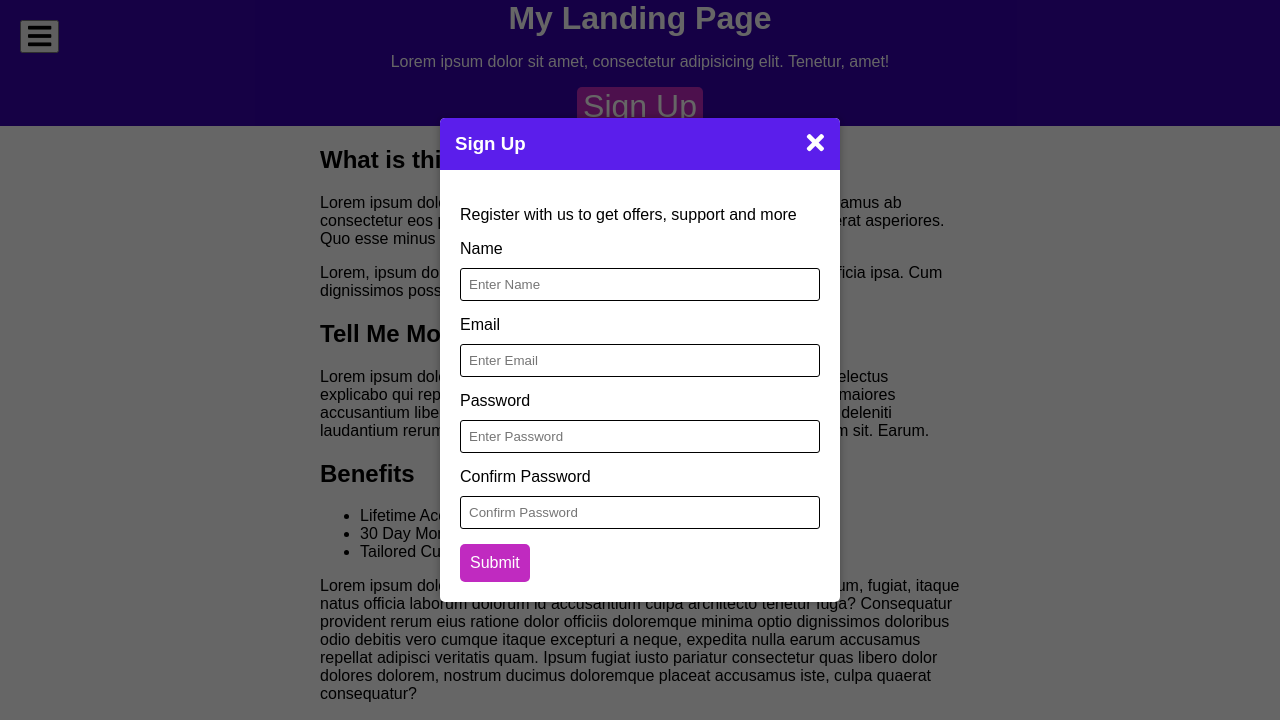
Repository: SometimesGood/modal-menu-slider
Page: index.html
These files come from the project's save history. The page is drawn as it stood at one moment and after the next save; the edit follows.
The browser window is 1280 px wide. The pictures show the whole page.
After loading, the first visible `#open` was clicked once.
Some web libraries are served in a nearby version. The style sheet was rebuilt from its Sass, Less or Tailwind sources for each picture, by a compiler version that may differ from the author's.

Above is the page before, as saved 2020-12-21 21:50:55.

After the next save:
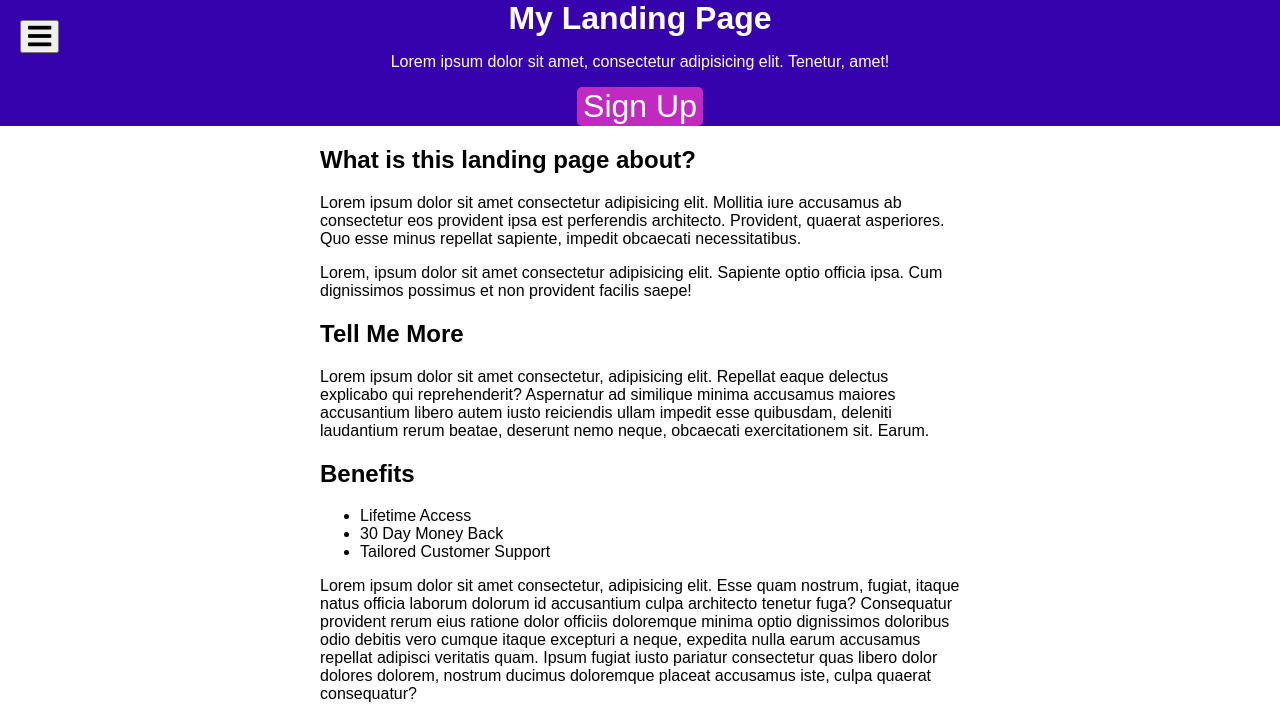
Saved 18 s later.
--- a/script.js
+++ b/script.js
@@ -13,6 +13,7 @@ function closeModal() {
 
 signUp.addEventListener("click", () => {
   modal.style.display = "block";
+  closeModal();
 });
 
 closeBtn.addEventListener("click", () => {
